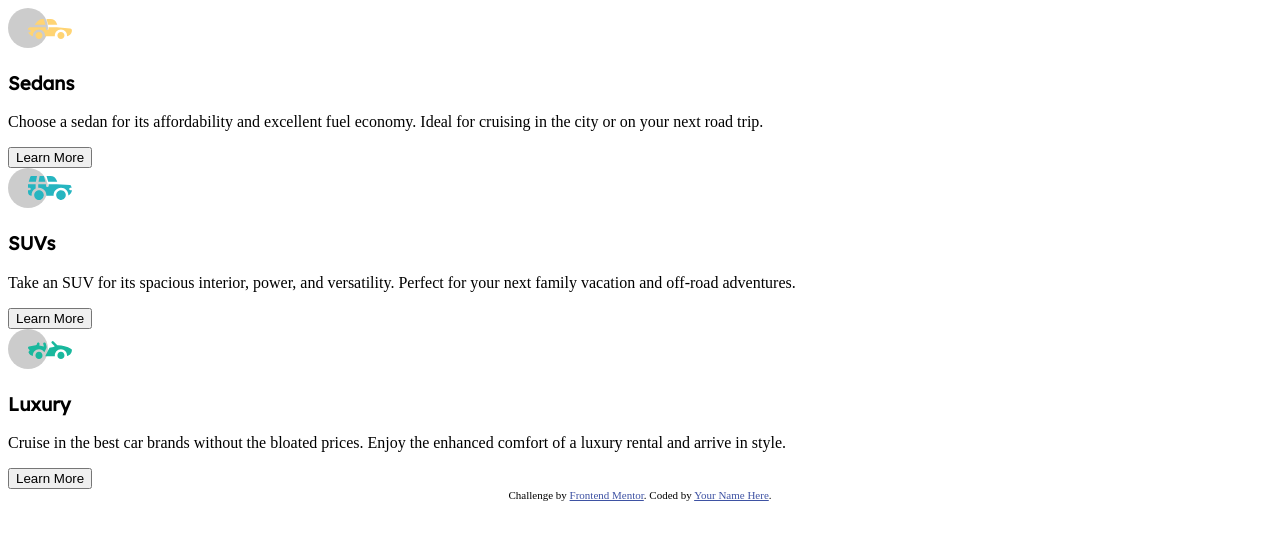
Repository: viniciussnt/3-column-preview-card
Page: index.html
The author's editor kept a copy of each file at every save. The page is drawn from the files as they stood at one save, then again after the next save.
The browser window is 1280 px wide. The pictures show the whole page.

Above is the page before, as saved 2023-09-15 10:37:36.

After the next save:
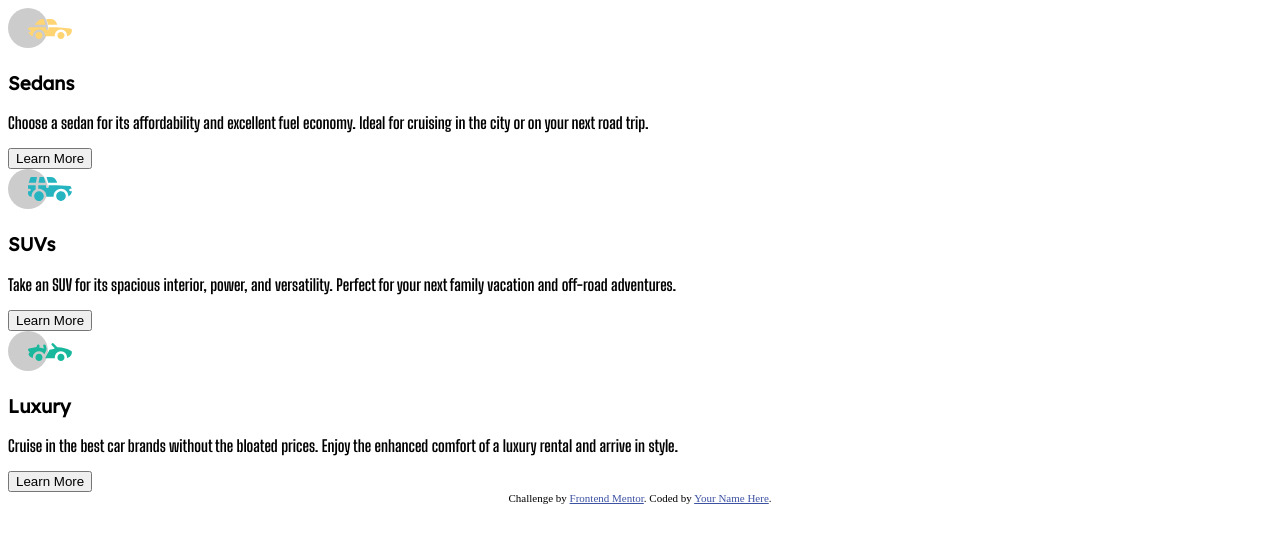
Saved 5 s later.
--- a/styles/style.css
+++ b/styles/style.css
@@ -16,5 +16,5 @@
 }
 
 p {
-    /* font-family: 'Big Shoulders Display', cursive; */
+    font-family: 'Big Shoulders Display', cursive;
 }
